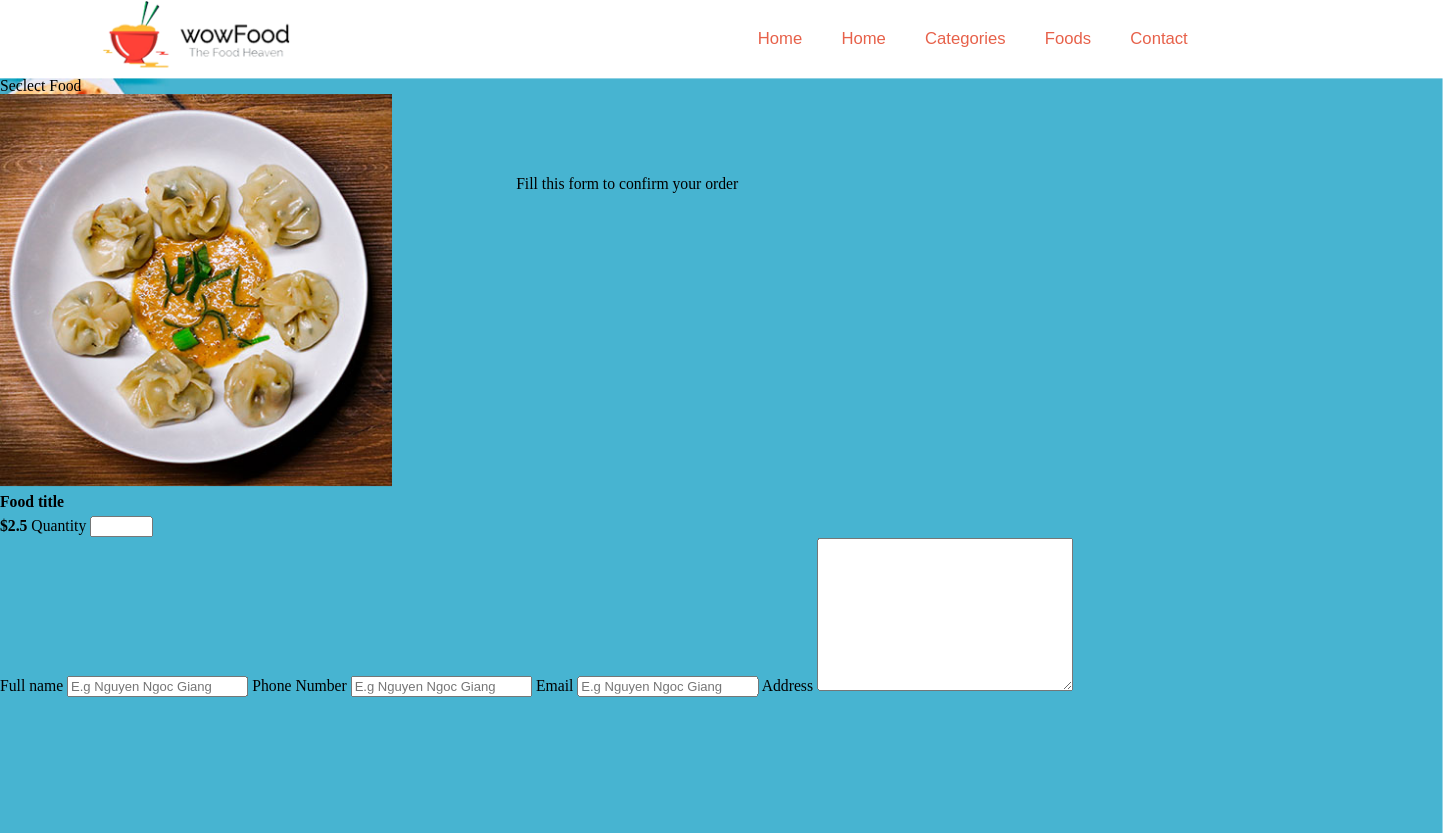
Repository: ruaruababa/WowFood
Page: order.html
An editor plug-in stored every save of this project. The page is shown before and after a run of saves, followed by the edit.
The browser window is 1280 px wide. The page is 1472 px wide, so the pictures cover 1472 px, including what lies to the right of the window. The pictures show the whole page, at 98% of full size.

Above is the page before, as saved 2021-09-19 22:01:56.

### order.html
<!DOCTYPE html>
<html lang="en">

<head>
    <meta charset="UTF-8">
    <meta http-equiv="X-UA-Compatible" content="IE=edge">
    <meta name="viewport" content="width=device-width, initial-scale=1.0">
    <title>Order Food</title>
    <link rel="stylesheet" href="./style.css">
    <link rel="stylesheet" href="./reset.css">
    <link rel="stylesheet" href="./order.css">
</head>

<body>
    <nav>
        <input type="checkbox" id="check" />
        <label for="check" class="checkbtn">
            <i class="fas fa-bars"></i>
        </label>
        <label class="logo">
            <img src="./img/logo.png" alt="" class="img-logo" />
        </label>
        <ul class="navbar">
            <li><a class="active" href="#">Home</a></li>
            <li><a href="#">Home</a></li>
            <li><a href="#">Categories</a></li>
            <li><a href="#">Foods</a></li>
            <li><a href="#">Contact</a></li>
        </ul>
    </nav>
    <section id=section-order>
        <img src="./bgorder.jpg" alt="" class="bgr" style="position: absolute; z-index: -1;">
        <div class="container-order">
            <form action="">
                <h3 class="title-order">Fill this form to confirm your order</h3>
                <label for="" class="seclect">Seclect Food</label>
                <div class="container-seclect-food">
                    <div class="img-food">
                        <img src="./img/menu-momo.jpg" alt="" class="bgr-item" />
                    </div>
                    <div class="content-food">
                        <h6 class="title-item">Food title</h6>
                        <span class="price-item">$2.5</span>
                        <label for="" class="quantity">Quantity</label>
                        <input type="number" min="1" max="100">
                    </div>
                </div>
                <div class="container-delivery-title">
                    <lable class="full-name">Full name</lable>
                    <input type="text" placeholder="E.g Nguyen Ngoc Giang">
                    <lable class="phone-number">Phone Number</lable>
                    <input type="text" placeholder="E.g Nguyen Ngoc Giang">
                    <lable class="email">Email</lable>
                    <input type="text" placeholder="E.g Nguyen Ngoc Giang">
                    <lable class="Address">Address</lable>
                    <textarea name="address" id="" cols="30" rows="10"></textarea>


                </div>
            </form>
        </div>
    </section>
</body>

</html>

### style.css

li {
  text-decoration: none;
}

a {
  text-decoration: none;
}

nav {
  height: 80px;
  width: 100%;
}

label.logo {
  padding: 0 100px;
}

nav ul {
  float: right;
  margin-right: 50px;
}

nav ul li {
  display: inline-block;
  line-height: 80px;
  margin: 0 5px;
  font-family: "Poppins", sans-serif;
}

nav ul li a {
  color: #e7614a;
  font-size: 17px;
  padding: 7px 13px;
  border-radius: 3px;
}

.checkbtn {
  font-size: 30px;
  color: white;
  float: right;
  line-height: 80px;
  margin-right: 40px;
  cursor: pointer;
  display: none;
}

#check {
  display: none;
}

ul:hover li {
  filter: blur(3px);
  opacity: 0.5;
  transform: scale(0.98);
  box-shadow: none;
}

ul:hover li:hover {
  transform: scale(1.1);
  filter: blur(0px);
  opacity: 1;
  box-shadow: 0 8px 20px 0px rgba(0, 0, 0, 0.125);
}

.container-section-search {
  position: relative;
  text-align: center;
  margin-top: 15px;
}

.background-search {
  height: 250px;
}

.background-search img {
  height: inherit;
  width: 100%;
  object-fit: cover;
}

.form {
  width: 100%;
  position: absolute;
  top: 50%;
  left: 50%;
  transform: translate(-50%, -50%);
  height: 22px;
}

.input-search {
  width: 35%;
  height: inherit;
}

.btn-search {
  background-color: rgba(250, 59, 59, 0.849);
  border: none;
  border-radius: 5px;
  font-size: 14px;
  color: white;
  cursor: pointer;
  padding: 3px;
}

#section-collection {
  position: relative;
}

.container-section-collection {
  height: max-content;
}

.explore-food {
  padding-top: 70px;
  text-align: center;
  font-size: 24px;
  font-family: "Poppins", sans-serif;
}

.collection-food {
  width: 100%;
}

.list-food {
  margin-top: 50px;
  display: flex;
  justify-content: center;
  column-gap: 50px;
}

.list-food li {
  width: 330px;
  height: 400px;
  transition: 0.2s all;
}

.list-food li:hover {
  transform: scale(0.95);
}

.list-food li img {
  width: 100%;
  height: 100%;
  object-fit: cover;
  border-radius: 10px;
}

.list-food li span {
  font-family: "Poppins", sans-serif;
  display: block;
  font-size: 20px;
  text-align: center;
  color: #ffffff;
  margin-top: -50px;
}

article {
  background-color: #ececec;
}

.title-food-menu {
  padding-top: 70px;
  font-size: 24px;
  text-align: center;
  font-family: "Poppins", sans-serif;
}

.container-menu {
  padding-top: 50px;
  display: grid;
  grid-gap: 20px;
  grid-template-columns: repeat(auto-fit, minmax(550px, 1fr));
  grid-auto-rows: 180px;
  justify-items: center;
  font-family: "Poppins", sans-serif;
}

.container-item:nth-child(odd) {
  justify-self: end;
}

.container-item:nth-child(even) {
  justify-self: start;
}

.container-item {
  background-color: #ffffff;
  display: flex;
  align-items: center;
  border-radius: 15px;
}

.container-item img {
  width: 25%;
  height: 70%;
  object-fit: cover;
  border-radius: 15px;
  margin: 0 28px;
}

.container-item .item-content {
  width: 100%;
  height: 70%;
  object-fit: cover;
  border-radius: 15px;
  margin: 0 28px;
}

.item-content {
  display: inline-block;
}

.title-item {
  font-size: 16px;
  font-weight: bold;
  line-height: 25px;
}

.price-item {
  line-height: 25px;
  font-weight: bold;
}

.des-item {
  font-size: 14px;
  line-height: 20px;
  color: #747d9c;
}

.oder-item {
  text-decoration: none;
  background-color: #f56b81;
  color: white;
  border-radius: 5px;
  padding: 3px;
  display: inline-block;
}

.footer-food-menu {
  margin-top: 30px;
}

.see-all-foods {
  display: block;
  text-align: center;
  text-decoration: none;
  color: #f56b81;
  padding-bottom: 50px;
  font-family: "Poppins", sans-serif;
  transition: 0.2s all;
}

.see-all-foods:hover {
  text-decoration: underline;
  transform: scale(1.1);
}

.social-network-icon {
  display: flex;
  justify-content: center;
  margin-top: 30px;
}

.icon-insta {
  margin: 0 30px;
}

.license {
  margin-top: 40px;
  margin-bottom: 30px;
  font-family: "Poppins", sans-serif;
}

.license p {
  text-align: center;
}

.license p a {
  text-decoration: none;
  color: #e7614a;
}

@media (max-width: 952px) {
  label.logo {
    padding-left: 50px;
  }

  nav ul li a {
    font-size: 16px;
  }

  .container-item:nth-child(odd) {
    justify-self: center;
  }

  .container-item:nth-child(even) {
    justify-self: center;
  }
}

@media (max-width: 858px) {
  i {
    color: black;
  }

  .checkbtn {
    display: block;
  }

  .navbar {
    position: fixed;
    width: 100%;
    height: 250px;
    left: -100%;
    text-align: center;
    transition: all 0.5s;
    z-index: 2;
    background-color: #ffffff;
  }

  nav ul li {
    display: block;
    margin: 10px 0;
    line-height: 30px;
  }

  nav ul li a {
    font-size: 20px;
  }

  #check:checked ~ ul {
    left: 0;
  }

  .container-section-collection {
    height: max-content;
  }
}

section {
  position: relative;
}
@media (max-width: 858px) {
   .container-menu {
    padding-top: 50px;
    display: grid;
    grid-gap: 20px;
    grid-template-columns: repeat(auto-fit, minmax(550px, 1fr));
    grid-auto-rows: 180px;
    justify-items: center;
    font-family: "Poppins", sans-serif;
  }
}

@media (max-width: 414px) {
  label img {
    margin-left: -50px;
  }
  i.fa-bars {
    margin-right: -20px;
  }
  .navbar {
    position: fixed;
    width: 414px;
    height: 250px;
    left: -100%;
    text-align: center;
    transition: all 0.5s;
    z-index: 2;
    background-color: #ffffff;
  }

  nav ul li {
    display: block;
    margin: 10px 0;
    line-height: 30px;
  }

  nav ul li a {
    font-size: 20px;
  }

  #check:checked ~ ul {
    left: 0;
  }
  .list-food {
    display: flex;
    flex-direction: column;
    gap: 15px;
  }

  .item {
    align-self: center;
  }

  .container-menu {
    padding-top: 50px;
    display: grid;
    grid-gap: 20px;
    grid-template-columns: repeat(auto-fit, minmax(375px, 1fr));
    grid-auto-rows: 180px;
    justify-items: center;
    font-family: "Poppins", sans-serif;
  }
}

@media (max-width: 375px) {
  label img {
    margin-left: -50px;
  }
  i.fa-bars {
    margin-right: -20px;
  }
  .navbar {
    position: fixed;
    width: 375px;
    height: 250px;
    left: -100%;
    text-align: center;
    transition: all 0.5s;
    z-index: 2;
    background-color: #ffffff;
  }

  nav ul li {
    display: block;
    margin: 10px 0;
    line-height: 30px;
  }

  nav ul li a {
    font-size: 20px;
  }

  #check:checked ~ ul {
    left: 0;
  }

  .list-food {
    display: flex;
    flex-direction: column;
    gap: 15px;
  }

  .item {
    align-self: center;
  }

  .container-menu {
    padding-top: 50px;
    display: grid;
    grid-gap: 20px;
    grid-template-columns: repeat(auto-fit, minmax(375px, 1fr));
    grid-auto-rows: 180px;
    justify-items: center;
    font-family: "Poppins", sans-serif;
  }
  @media (max-width: 320px) {
  label img {
    margin-top: -70px;
    margin-left: -50px;
    padding-bottom: 10px;
  }
  i.fa-bars {
    margin-right: -20px;
    padding-top: 20px;
  }
  .navbar {
    position: fixed;
    width: 320px;
    height: 250px;
    left: -100%;
    text-align: center;
    transition: all 0.5s;
    z-index: 2;
    background-color: #ffffff;
    margin-top: -5px;
  }

  nav ul li {
    display: block;
    margin: 10px 0;
    line-height: 30px;
  }

  nav ul li a {
    font-size: 20px;
  }

  #check:checked ~ ul {
    left: 0;
  }

  .list-food {
    display: flex;
    flex-direction: column;
    gap: 15px;
  }

  .item {
    align-self: center;
  }

  .container-menu {
    padding-top: 50px;
    display: grid;
    grid-gap: 20px;
    grid-template-columns: repeat(auto-fit, minmax(319px, 1fr));
    grid-auto-rows: 180px;
    justify-items: center;
    font-family: "Poppins", sans-serif;
  }
}

/* article{
  position: relative;
  top: 200px;
} */

### order.css
.container-order{
    position: relative;
}
.title-order{
    position: absolute;
    left: 50%;
    transform: translateX(-50%);
    padding-top: 100px;
}

Loaded but not shown: reset.css (common file)

After the next 2 saves:
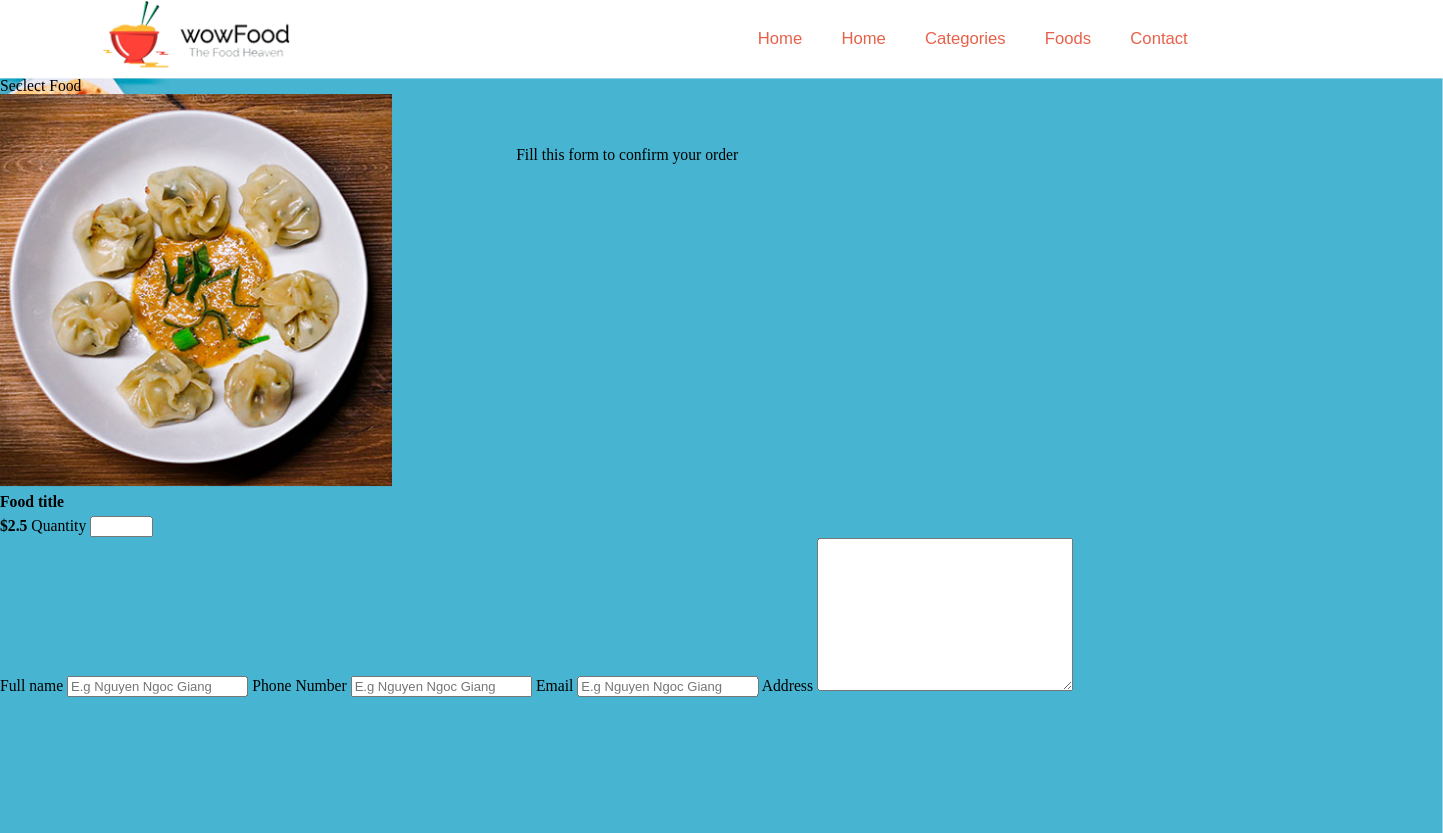
The 2 saves are shown as one change because they came seconds apart.
The last was saved 13 s later.
--- a/order.css
+++ b/order.css
@@ -5,5 +5,5 @@
     position: absolute;
     left: 50%;
     transform: translateX(-50%);
-    padding-top: 100px;
+    padding-top: 70px;
 }
